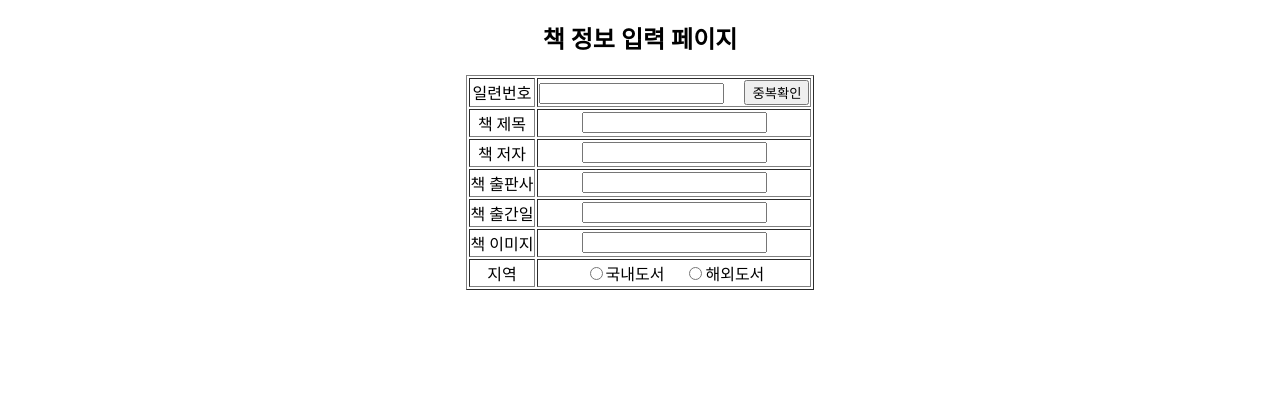
Repository: Served01/Project2_2209
Page: http://localhost/bookReviewProgram/bkInsertform.jsp
The author's editor kept a copy of each file at every save. The page is drawn from the files as they stood at one save, then again after the next save.
The browser window is 1280 px wide. The pictures show the whole page.
The page is served by Tomcat 9. Other server files are loaded and not shown.

Above is the page before, as saved 2022-09-24 02:31:50.

### bookReviewProgram/src/main/webapp/bkInsertform.jsp
<%@ page language="java" contentType="text/html; charset=UTF-8"
    pageEncoding="UTF-8"%>
<!DOCTYPE html>
<html>
<head>
<meta charset="UTF-8">
<title>책 정보 입력 페이지</title>
</head>
<style>
table{
margin: auto;
}
</style>
<body>
<h2 align = "center">책 정보 입력 페이지</h2>

<form action="bkInsertPro.jsp" method="post">
<table border="1">
	<tr align = "center">
		<td>일련번호</td>
		<td><input type="text" name="bk_number">
			&nbsp; &nbsp;
			<button type="button">중복확인</button></td>
	</tr>
	<tr align = "center">
		<td>책 제목</td>
		<td><input type="text" name="bk_title"></td>
	</tr>
	<tr align = "center">
		<td>책 저자</td>
		<td><input type="text" name="bk_writer"></td>
	</tr>
	<tr align = "center">
		<td>책 출판사</td>
		<td><input type="text" name="bk_publisher"></td>
	</tr>
	<tr align = "center">
		<td>책 출간일</td>
		<td><input type="text" name="bk_pubdate"></td>
	</tr>
	<tr align = "center">
		<td>책 이미지</td>
		<td><input type="text" name="bk_image"></td>
	</tr>
	<tr align = "center">
		<td>지역</td>
		<td>
		<input type="radio" name="bk_local" value="0"/>국내도서
		&nbsp;&nbsp;&nbsp;
		<input type="radio" name="bk_local" value="1"/>해외도서
		</td>
	</tr>





</table>
</form>

</body>
</html>

After the next save:
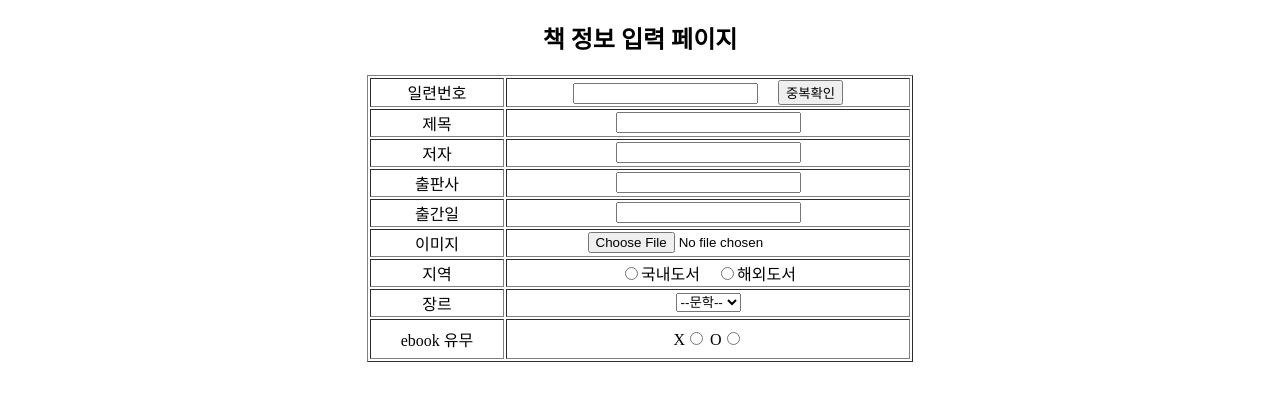
Saved 3 min 56 s later.
--- a/bookReviewProgram/src/main/webapp/bkInsertform.jsp
+++ b/bookReviewProgram/src/main/webapp/bkInsertform.jsp
@@ -14,7 +14,7 @@
 <body>
 <h2 align = "center">책 정보 입력 페이지</h2>
 
-<form action="bkInsertPro.jsp" method="post">
+<form action="bkInsertPro.jsp" method="post" enctype="multipart/form-data">
 <table border="1">
 	<tr align = "center">
 		<td>일련번호</td>
@@ -23,35 +23,52 @@
 			<button type="button">중복확인</button></td>
 	</tr>
 	<tr align = "center">
-		<td>책 제목</td>
+		<td>제목</td>
 		<td><input type="text" name="bk_title"></td>
 	</tr>
 	<tr align = "center">
-		<td>책 저자</td>
+		<td>저자</td>
 		<td><input type="text" name="bk_writer"></td>
 	</tr>
 	<tr align = "center">
-		<td>책 출판사</td>
+		<td>출판사</td>
 		<td><input type="text" name="bk_publisher"></td>
 	</tr>
 	<tr align = "center">
-		<td>책 출간일</td>
+		<td>출간일</td>
 		<td><input type="text" name="bk_pubdate"></td>
 	</tr>
 	<tr align = "center">
-		<td>책 이미지</td>
-		<td><input type="text" name="bk_image"></td>
+		<td>이미지</td>
+		<td>&nbsp;&nbsp;&nbsp;<input type="file" value="파일 선택" name="bk_file"/>
 	</tr>
 	<tr align = "center">
 		<td>지역</td>
 		<td>
 		<input type="radio" name="bk_local" value="0"/>국내도서
-		&nbsp;&nbsp;&nbsp;
+		&nbsp;&nbsp;
 		<input type="radio" name="bk_local" value="1"/>해외도서
 		</td>
 	</tr>
-
-
+	<tr align="center">
+		<td>장르</td>
+		<td>
+			<select name="bk_genre">
+				<option value="0">--문학--</option>
+				<option value="1">--역사--</option>
+				<option value="2">--소설--</option>
+				<option value="3">--만화--</option>
+				<option value="4">--기타--</option>
+			</select>
+		</td>
+	</tr>
+	<tr height="40" align="center">
+		<td width="130">ebook 유무</td>
+		<td width="400">
+			X<input type="radio" name="bk_ebook" value=0></input>
+			O<input type="radio" name="bk_ebook" value=1></input>
+		</td>
+	</tr>
 
 
 
